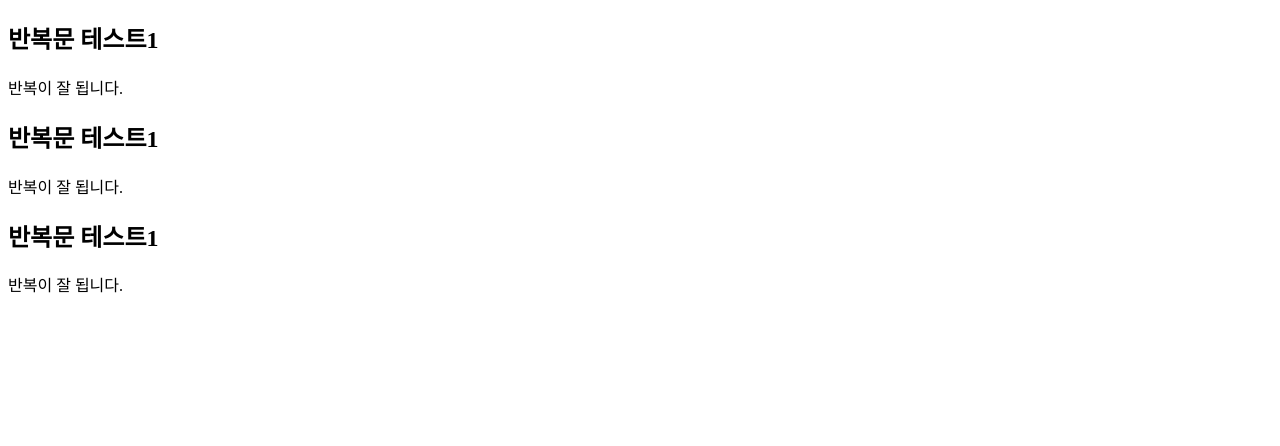
Repository: markahn02050/jsp_practice
Page: http://localhost/JSPBasic/JspTag/NewFile.jsp
An editor plug-in stored every save of this project. The page is shown before and after the next save, followed by the edit.
The browser window is 1280 px wide. The pictures show the whole page.
The page is served by Tomcat 9.

Above is the page before, as saved 2022-01-28 02:29:16.

After the next save:
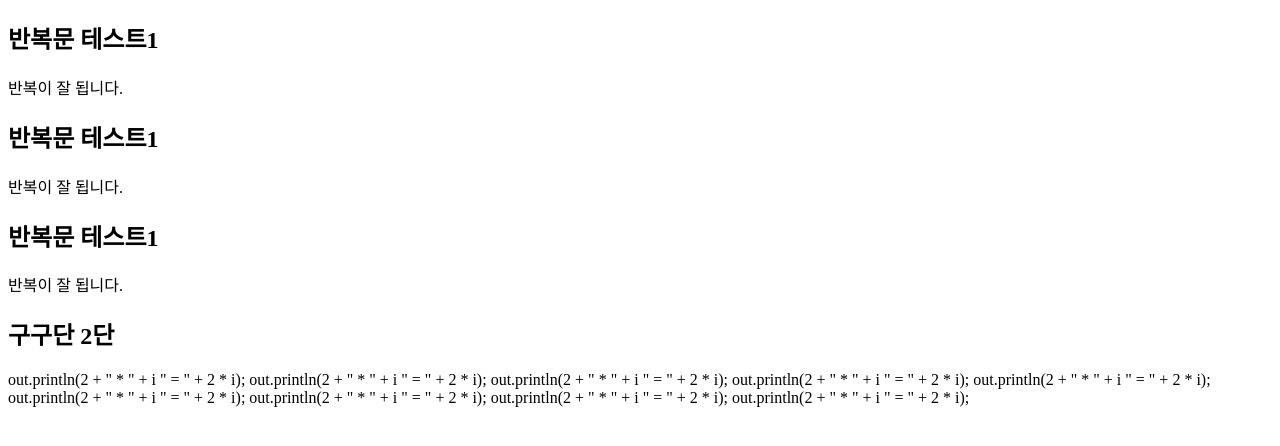
Saved 3 min 54 s later.
--- a/JSPBasic/src/main/webapp/JspTag/NewFile.jsp
+++ b/JSPBasic/src/main/webapp/JspTag/NewFile.jsp
@@ -16,5 +16,15 @@
 		</p>
 	<% } %>
 
+	<!--  하단에 구구단 코드를 작성해주세요.
+	System.out.println() 이 괄호 내 구문을 콘솔에 찍히게 해줬다면
+	out.println()은 html화면에 괄호 내 구문을 콘솔에 찍히게 해줍니다-->
+	<h2>구구단 2단</h2>
+	<% for(int i = 1; i <= 9; i++){ %>
+
+		out.println(2 + " * " + i " = " + 2 * i);
+
+	<% } %>
+
 </body>
 </html>
